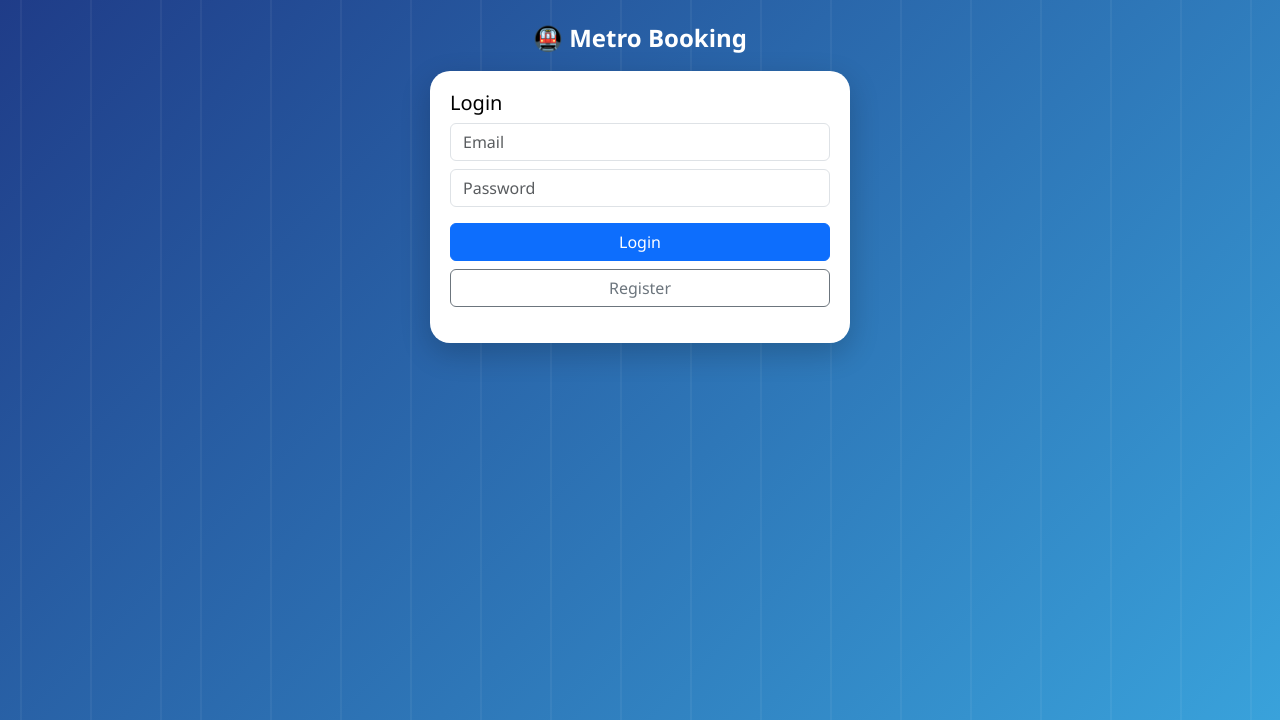
Repository: aksah72/Metro-Booking-System
Page: MetroBookingService/ui/index.html
The author's editor kept a copy of each file at every save. The page is drawn from the files as they stood at one save, then again after the next save.
The browser window is 1280 px wide. The pictures show the whole page.

Above is the page before, as saved 2026-02-22 23:59:52.

After the next save:
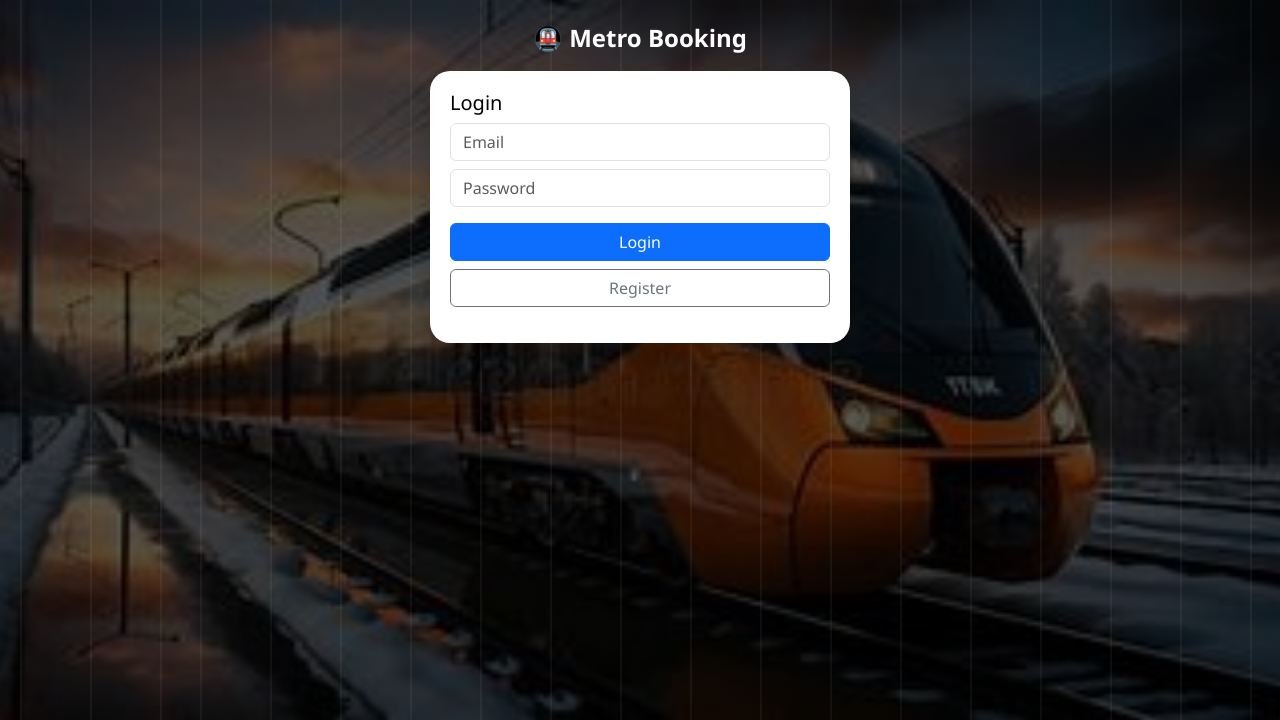
Saved 7 min 35 s later.
--- a/MetroBookingService/ui/index.html
+++ b/MetroBookingService/ui/index.html
@@ -19,7 +19,22 @@ body{
     color:white;
     min-height:100vh;
     overflow-x:hidden;
-    background:linear-gradient(135deg,#1f3c88,#39a2db);
+
+    background:
+        linear-gradient(rgba(0,0,0,0.65), rgba(0,0,0,0.65)),
+        url("/ui/metro.jpg");
+
+    background-size:cover;
+    background-position:center;
+    background-attachment:fixed;
+
+    animation: zoomBackground 30s infinite alternate ease-in-out;
+}
+
+/* Smooth zoom animation */
+@keyframes zoomBackground{
+    from{ background-size:100%; }
+    to{ background-size:110%; }
 }
 
 body::before{
